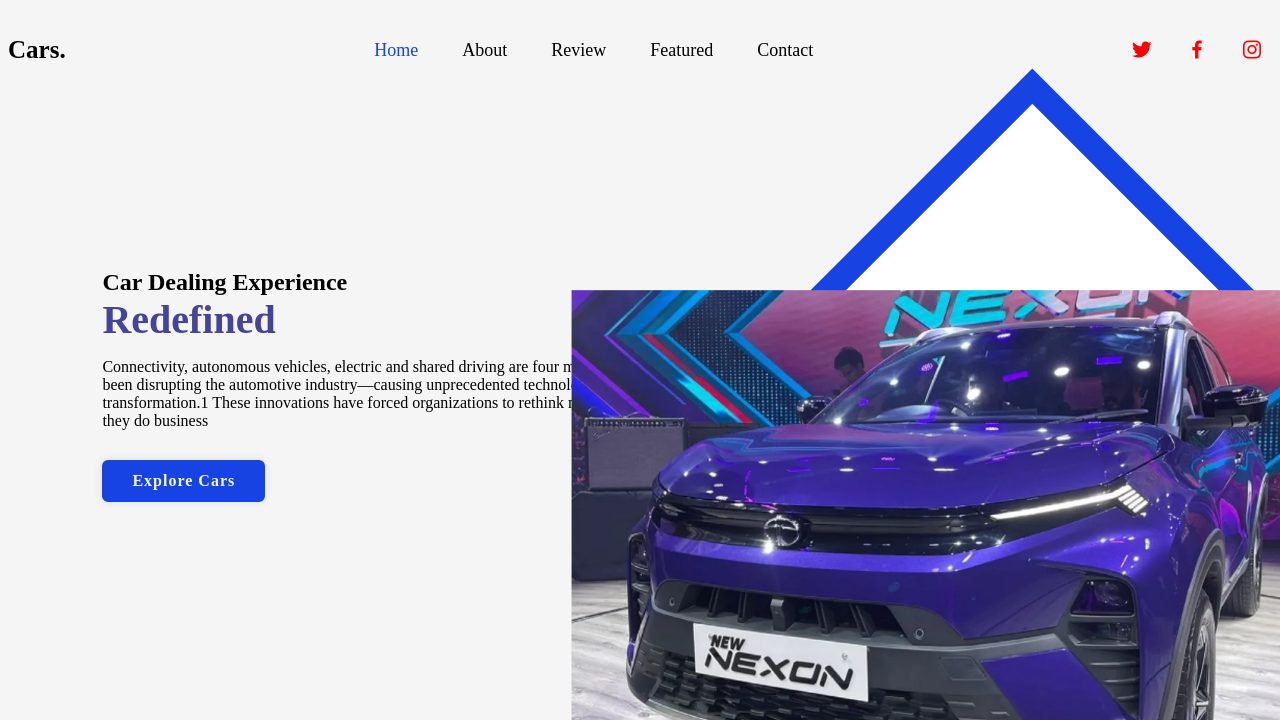
Repository: supriya123yadav/website-project
Page: index.html
The author's editor kept a copy of each file at every save. The page is drawn from the files as they stood at one save, then again after the next save.
The browser window is 1280 px wide. The pictures show the whole page.

Above is the page before, as saved 2024-07-11 19:16:13.

### index.html
<!DOCTYPE html>
<html lang="en">
<head>
    <meta charset="UTF-8">
    <meta http-equiv="X-UA">
    <meta name="viewport" content="width=device-width, initial-scale=1.0">
    <title>Job Website Template</title>
    <link rel="stylesheet" href="style.css">
    <link href='https://unpkg.com/boxicons@2.1.4/css/boxicons.min.css' rel='stylesheet'>

</head>
<body>
    <header class="header">
        <a href="#" class="logo">Cars.</a>

        <nav class="navbar">
            <a href="#" class="active">Home</a>
            <a href="#">About</a>
            <a href="#">Review</a>
            <a href="#">Featured</a>
            <a href="#">Contact</a>
        </nav>

        <div class="social-media">
            <a href="#"><i class='bx bxl-twitter'></i></a>
            <a href="#"><i class='bx bxl-facebook' ></i></a>
            <a href="#"><i class='bx bxl-instagram' ></i></a>
        </div>
    </header>
    <section class="home">
        <div class="home-content">
            <h1>Car Dealing Experience</h1>
            <h3>Redefined</h3>
            <p>Connectivity, autonomous vehicles, electric and shared
             driving are four megatrends that have been disrupting the
             automotive industry—causing unprecedented technology
             and business model transformation.1 These innovations
             have forced organizations to rethink many aspects of how
             they do business</p>
             <a href="#" class="btn">Explore Cars</a>
        </div>
        <div class="home-img">
            <div class="rhombus">
                <img src="car.webp" alt="">
            </div>
        </div>
    </section>

</body>
</html>

### style.css
*{
    margin: 0;
    padding: 0;
    box-sizing: border-box;
    font-family: 'Poppins', bold;
}
body{
    background: whitesmoke;
}
.header{
    position: fixed;
    top: 0;
    left: 0;
    width: 100%;
    padding: 30px 8px;
    background: transparent;
    display: flex;
    justify-content: space-between;
    align-items: center;
    z-index: 100;
}
.logo{
    font-size: 25px;
    color: black;
    text-decoration: none;
    font-weight: 600;
}
.navbar a {
    font-size: 18px;
    color: black;
    text-decoration: none;
    font-weight: 500;
    margin: 0 20px;
    transition: rgb(61, 61, 152);
}

.navbar a:hover,
.navbar a.active{
    color: #1743e3;
}
.social-media{
    display: flex;
    justify-content: space-between;
    width: 150px;
    height: 40px;

}
.social-media a {
    display: inline-flex;
    justify-content: center;
    align-items: center;
    width: 40px;
    height: 40px;
    background: transparent;
    border: 2px solid transparent;
    text-decoration: none;
    transform: rotate(45deg);
    transition: .5s;
}
.social-media a i {
    font-size: 24px;
    color: red;
    transform: rotate(-45deg);
}
.social-media a:hover {
    border-color: red;
}
.home {
    position: relative;
    width: 100%;
    height: 100vh;
    display: flex;
    justify-content: space-between;
    align-items: center;
    padding: 50px 8% 0;
    overflow: hidden;
}
.home-content {
    max-width: 630px;
}
.home-content h3 {
    font-size: 40px;
    color: rgb(68, 68, 154);
}
.home-content p {
    font-size: 16px;
    margin: 15px 0 30px;
}
.btn {
    display: inline-block;
    padding: 10px 28px;
    background: #1743e3;
    border-radius: 6px;
    border: 2px solid #1743e3;
    box-shadow: 0 0 10px rgba(0, 0, 0, .1);
    font-size: 16px;
    color: aliceblue;
    letter-spacing: 1px;
    text-decoration: none;
    font-weight: 600;
}
.btn:hover {
    background: transparent;
    color: #1743e3;
}
.home-img {
    position: relative;
    right: -7%;
    width: 450px;
    height: 450px;
    transform: rotate(45deg);
}
.home-img .rhombus {
    position: absolute;
    width: 100%;
    height: 100%;
    background: white;
    border: 25px solid #1743e3;
}

.home-img .rhombus img {
    position: absolute;
    top: 110px;
    right: -250px;
    max-width: 750px;
    transform: rotate(-45deg);
}

After the next save:
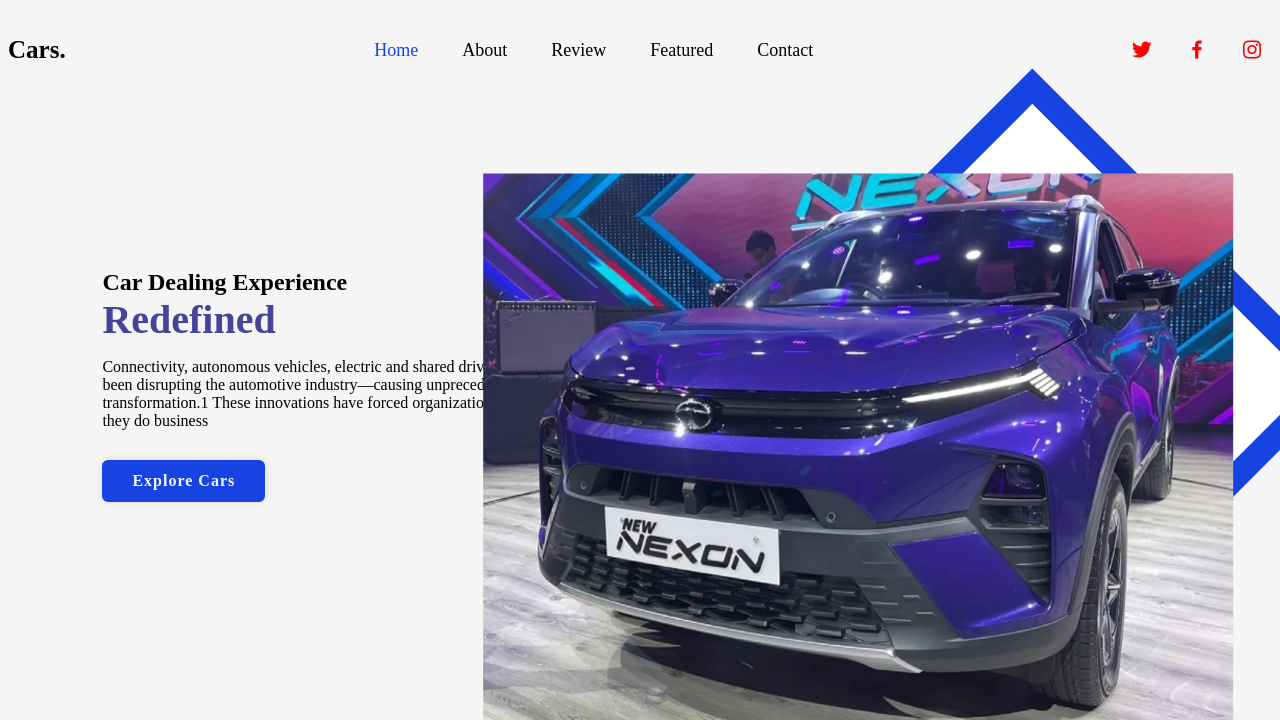
Saved 37 s later.
--- a/style.css
+++ b/style.css
@@ -120,8 +120,8 @@
 
 .home-img .rhombus img {
     position: absolute;
-    top: 110px;
-    right: -250px;
+    top: 90px;
+    left: -250px;
     max-width: 750px;
     transform: rotate(-45deg);
 }
